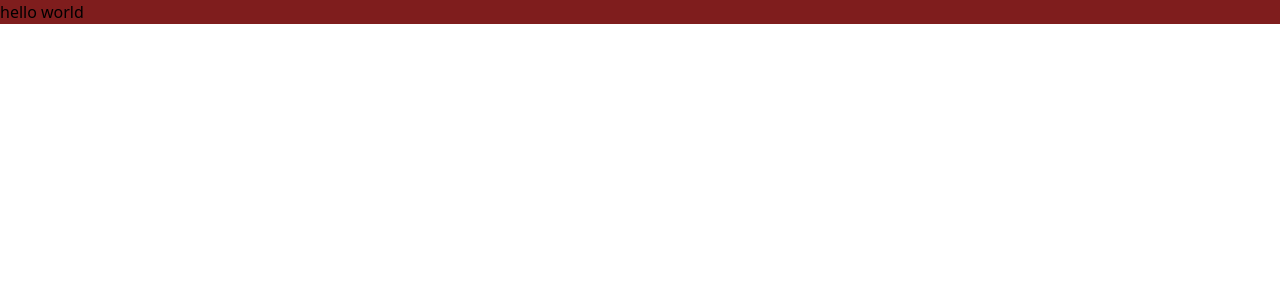
Repository: Pema-yangki/Css
Page: tailwind.html
An editor plug-in stored every save of this project. The page is shown before and after a run of saves, followed by the edit.
The browser window is 1280 px wide. The pictures show the whole page.
Some web libraries are served in a nearby version.

Above is the page before, as saved 2024-04-12 10:24:37.

### tailwind.html
<!DOCTYPE html>
<html lang="en">
<head>
    <meta charset="UTF-8">
    <meta name="viewport" content="width=device-width, initial-scale=1.0">
    <title>Document</title>
    <script src="http://cdn.tailwindcss.com"></script>
</head>
<body>
    <div class="bg-red-900">
        <h1>hello world</h1>
    </div>

</body>
</html>

After the next 5 saves:
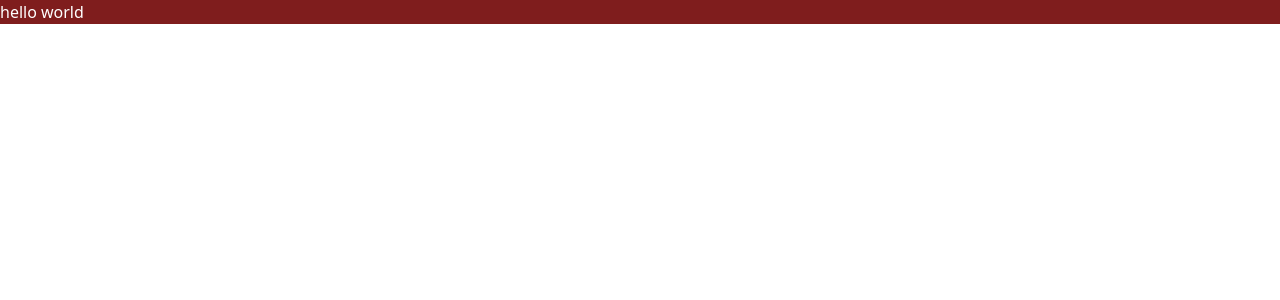
The 5 saves are shown as one change because they came seconds apart.
The last was saved 47 s later.
--- a/tailwind.html
+++ b/tailwind.html
@@ -8,7 +8,7 @@
 </head>
 <body>
     <div class="bg-red-900">
-        <h1>hello world</h1>
+        <h1 class="text-white">hello world</h1>
     </div>
 
 </body>
